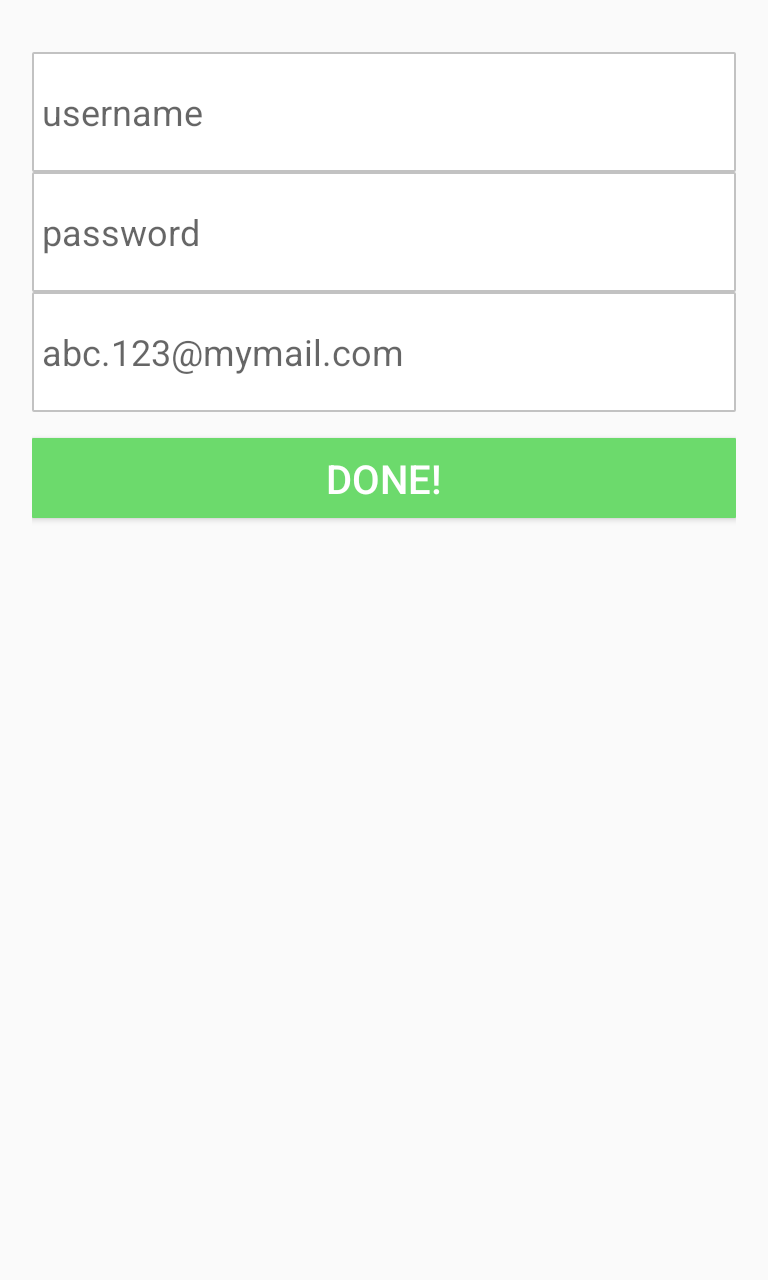
Repository: israelhill/Noteworthy
Layout: Noteworthy/res/layout/fragment_sign_up.xml
These files come from the project's save history. The layout is drawn as it stood at one moment and after the next save; the edit follows.
It is drawn on a 768 x 1280 px phone screen (xhdpi) without system bars, with theme AppTheme; the app's code is not run.

Above is the layout before, as saved 2014-09-06 11:04:43.

### Noteworthy/res/layout/fragment_sign_up.xml
<LinearLayout xmlns:android="http://schemas.android.com/apk/res/android"
    xmlns:tools="http://schemas.android.com/tools"
    android:layout_width="match_parent"
    android:layout_height="match_parent"
    android:paddingBottom="@dimen/activity_vertical_margin"
    android:paddingLeft="@dimen/activity_horizontal_margin"
    android:paddingRight="@dimen/activity_horizontal_margin"
    android:paddingTop="@dimen/activity_vertical_margin"
    tools:context="com.noteworthy.SignUp$PlaceholderFragment"
    android:orientation="vertical" >

    <EditText
    android:id="@+id/signup_username"
    android:layout_width="match_parent"
    android:layout_height="60dp"
    android:hint="@string/username"
    android:layout_marginTop="10dp"
    android:paddingLeft="5dp"
    android:background="@drawable/sign_up_fields"/>


<EditText
    android:id="@+id/signup_password"
    android:layout_width="match_parent"
    android:layout_height="60dp"
    android:hint="@string/password"
    android:inputType="textPassword"
    android:paddingLeft="5dp"
    android:background="@drawable/sign_up_fields"/>


<EditText
    android:id="@+id/email"
    android:layout_width="match_parent"
    android:layout_height="60dp"
    android:hint="@string/email_hint"
    android:paddingLeft="5dp"
    android:layout_marginBottom="13dp"
    android:inputType="textEmailAddress"
    android:background="@drawable/sign_up_fields"/>

<Button
    android:id="@+id/done_button"
    android:layout_width="match_parent"
    android:layout_height="40dp"
    android:background="@drawable/done_button"
    android:text="@string/done"
    android:textSize="20sp"
    android:textColor="@color/white"
    android:layout_gravity="center"
    android:onClick="signMeUp"/>

</LinearLayout>

### Noteworthy/res/values/strings.xml
<?xml version="1.0" encoding="utf-8"?>
<resources>

    <string name="app_name">Noteworthy</string>
    <string name="hello_world">Hello world!</string>
    <string name="action_settings">Settings</string>
    <string name="username">username</string>
    <string name="password">password</string>
    <string name="login">Login</string>
    <string name="signup">Sign Up</string>
    <string name="title_activity_sign_up">SignUp</string>
    <string name="enter_email">Enter your email address</string>
    <string name="enter_username">Create a username</string>
    <string name="enter_password">Create a password</string>
    <string name="email_hint">abc.123@mymail.com</string>
    <string name="done">Done!</string>

</resources>

### Noteworthy/res/drawable/sign_up_fields.xml
<?xml version="1.0" encoding="utf-8"?>
<shape xmlns:android="http://schemas.android.com/apk/res/android"
    android:name="rectangle" >

    <corners
        android:radius="0.5dp"/>
    <solid
        android:color="@color/white"/>
    <stroke
        android:color="@color/gray"
        android:width="1dp"/>


</shape>

### Noteworthy/res/drawable/done_button.xml
<?xml version="1.0" encoding="utf-8"?>
<shape xmlns:android="http://schemas.android.com/apk/res/android"
        android:name="rectangle" >

    <corners
        android:radius="0.5dp"/>
    <solid
        android:color="@color/green"/>

</shape>

### Noteworthy/res/values/color.xml
<?xml version="1.0" encoding="utf-8"?>
<resources>
    <color name="blue">#0099FF</color>
    <color name="white">#ffffff</color>
    <color name="gray">#C2C2C2</color>
    <color name="green">#6CDA6C</color>


</resources>

Loaded but not shown: Noteworthy/res/values/styles.xml (common file); Noteworthy/res/values-v11/styles.xml (common file); Noteworthy/res/values-v14/styles.xml (common file); Noteworthy/res/values/dimens.xml (common file); Noteworthy/res/values-w820dp/dimens.xml (common file)

After the next save:
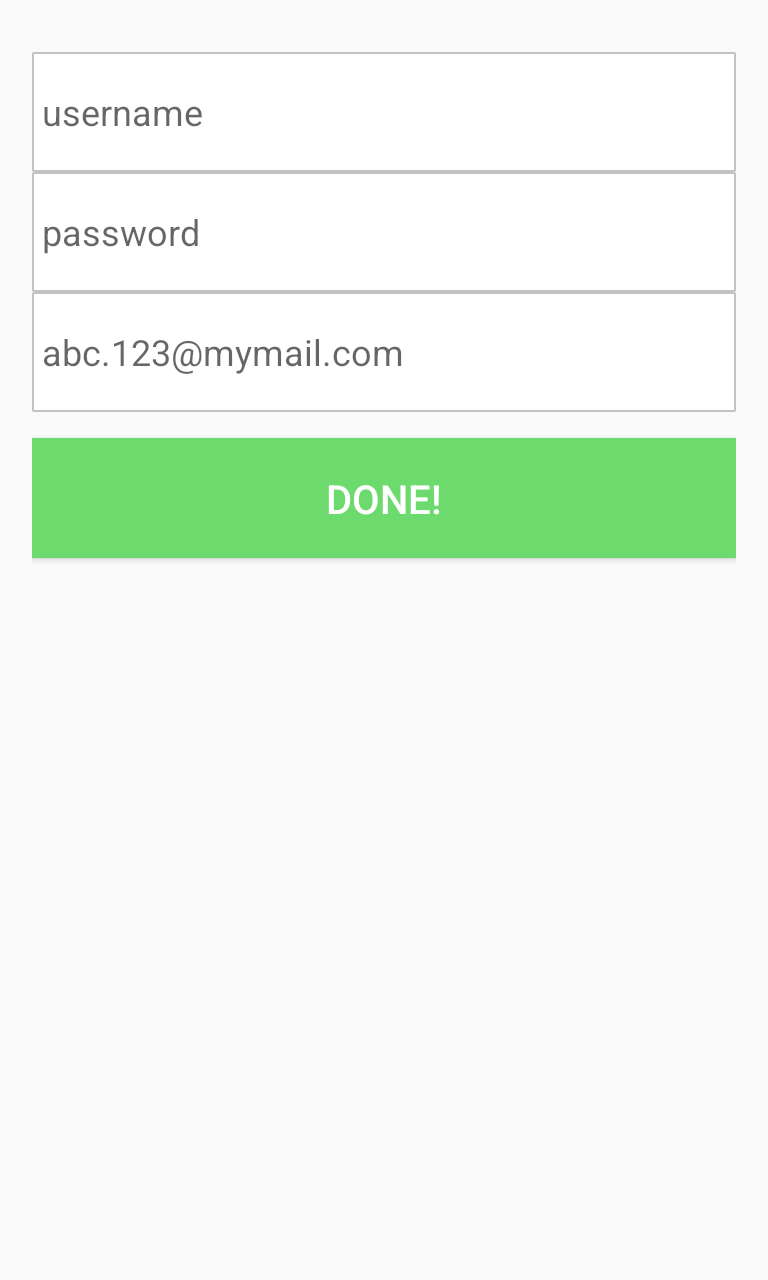
Saved 53 s later.
--- a/Noteworthy/res/layout/fragment_sign_up.xml
+++ b/Noteworthy/res/layout/fragment_sign_up.xml
@@ -42,7 +42,7 @@
 <Button
     android:id="@+id/done_button"
     android:layout_width="match_parent"
-    android:layout_height="40dp"
+    android:layout_height="60dp"
     android:background="@drawable/done_button"
     android:text="@string/done"
     android:textSize="20sp"
